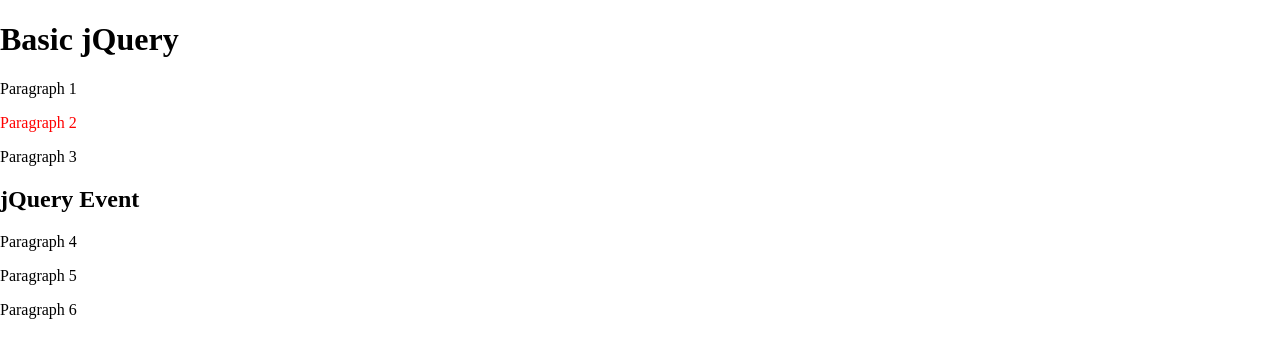
Repository: andyd71/Javascript-Projects
Page: jQuery/jquery.html
The author's editor kept a copy of each file at every save. The page is drawn from the files as they stood at one save, then again after the next save.
The browser window is 1280 px wide. The pictures show the whole page.

Above is the page before, as saved 2021-05-10 11:14:55.

After the next save:
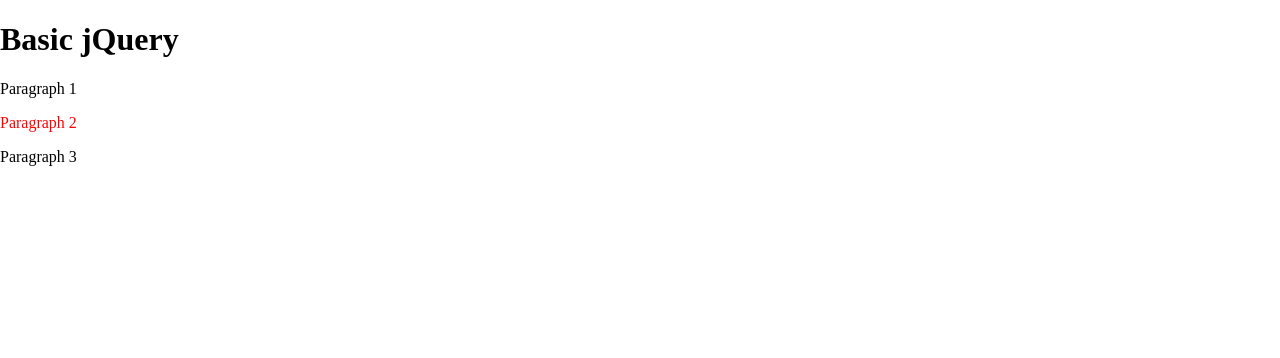
Saved 7 h 52 min later.
--- a/jQuery/jquery.html
+++ b/jQuery/jquery.html
@@ -30,27 +30,10 @@
          $("h1").hide();
  });
     });
-</script>
 
-<script>
 
-    $(document).ready(function() {
-        $("html").append(
-            "<body>\
-            <div id='container2'>\
-                <div id='inner2'>\
-                    <h2>jQuery Event</h2>\
-                    <p id='4'>Paragraph 4</p>\
-                    <p id='5'>Paragraph 5</p>\
-                    <p id='6'>Paragraph 6</p>\
-                </div>\
-            </div>\
-            </body>"
-        );
-        $("#4").click(function() {
-        $("h2").blur();
-     });
-    });
+
+
 </script>
 </body>
 </html>
